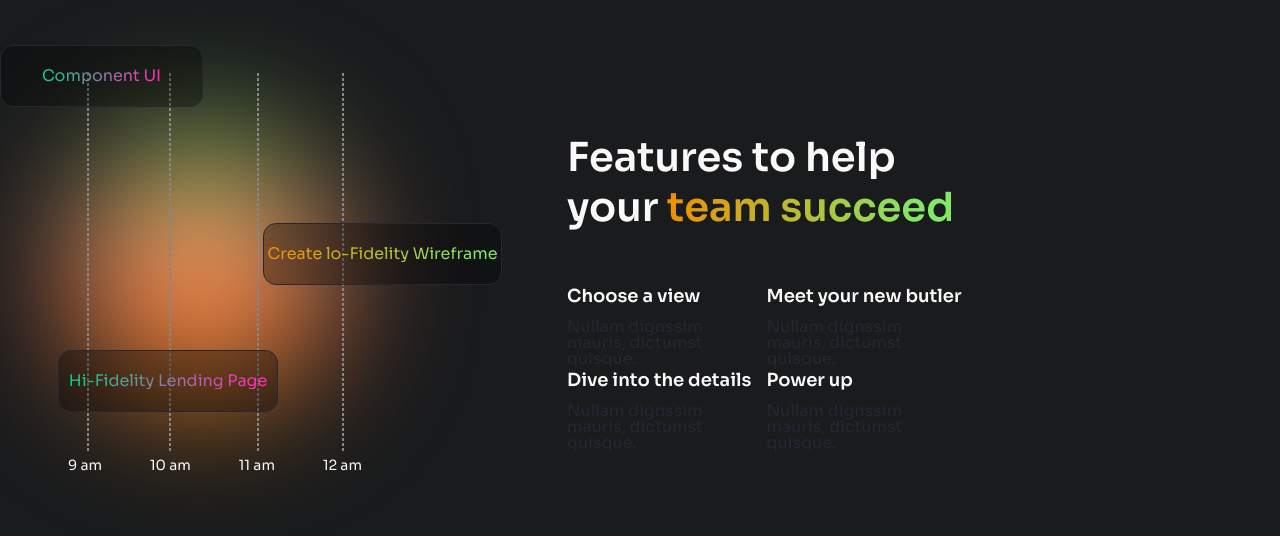
Repository: anhthiethumg/Task_Managerment_Website
Page: index.html
These files come from the project's save history. The page is drawn as it stood at one moment and after the next save; the edit follows.
The browser window is 1280 px wide. The pictures show the part of the page from y = 2400 to 2936 px (the page is 2936 px tall).
A picture or video elsewhere on the page could not be fetched, so the positions and the page height are approximate.

Above is the page before, as saved 2023-07-31 09:09:51.

### index.html
<!DOCTYPE html>
<html lang="en">
  <head>
    <meta charset="UTF-8" />
    <meta name="viewport" content="width=device-width, initial-scale=1.0" />
    <title>Task Managerment Website</title>
    <!-- Reset Css -->
    <link rel="stylesheet" href="./assets/css/reset.css" />

    <!-- CSS -->
    <link rel="stylesheet" href="./assets/css/styles.css" />

    <!-- Embed Font-->

    <link rel="preconnect" href="https://fonts.googleapis.com" />
    <link rel="preconnect" href="https://fonts.gstatic.com" crossorigin />
    <link
      href="https://fonts.googleapis.com/css2?family=Sora:wght@400;600;700;800&display=swap"
      rel="stylesheet"
    />
  </head>
  <body>
    <!-- Header -->
    <section class="header">
      <div class="container">
        <navbar class="row nav">
          <img src="./assets/image/logo.svg" alt="Task." />
          <div class="nav-list">
            <a class="nav-item" href="#!">Home</a>
            <a class="nav-item" href="#!">Products</a>
            <a class="nav-item" href="#!">Guidlines</a>
            <a class="nav-item" href="#!">Guidlines</a>
          </div>
          <button class="btn nav-btn">Sign In</button>
        </navbar>
        <section class="hero">
          <div class="row hero__content">
            <div class="stacked-circles">
              <div class="circles"></div>
              <div class="circles"></div>
              <div class="circles"></div>
              <div class="circles"></div>
            </div>
            <div class="hero--content__heading">
              <h1 class="hero__heading">
                Make <span class="heading__liner">Management</span> Way More
                Easier Than Ever
              </h1>
              <p class="hero__desc section-desc">
                The online collaborative management platform to bring more
                efficiency and performace
              </p>
              <div class="hero-btn row">
                <button type="button" class="btn hero__btn">
                  Request Demo
                </button>
                <button type="button" class="btn hero__btn">Contact Us</button>
              </div>
            </div>
            <div class="stacked-circles">
              <div class="circles"></div>
              <div class="circles"></div>
              <div class="circles"></div>
              <div class="circles"></div>
            </div>
          </div>
          <section class="task-manager row">
            <sidebar class="sidebar">
              <div class="row sidebar__header">
                <img
                  src="./assets/icons/icon-sidebar.svg"
                  alt="icon-sidebar"
                  class="icon__sidebar"
                />
                <img
                  src="./assets/icons/dashboard-icon.svg"
                  alt="dashboard-icon"
                  class="dashboard-icon"
                />
                <h4 class="sidebar__heading">Dashboard</h4>
              </div>
              <div class="sidebar__list">
                <h4 class="sidebar__list--heading">Collections</h4>
                <div class="sidebar__list--item">
                  <h5 class="sidebar__item--content">School</h5>
                </div>
                <div class="sidebar__list--item">
                  <h5 class="sidebar__item--content">Personal</h5>
                </div>
              </div>
            </sidebar>
            <section class="task-manager__section">
              <div class="task__header row">
                <img src="./assets/icons/school.png" alt="Back" class="back" />
                <img
                  src="./assets/icons/contact us icon.png"
                  alt="Contact"
                  class="contact-us"
                />
              </div>
              <div class="task__content row">
                <div class="list--work">
                  <div class="list-sort">Sort</div>
                  <div class="work--item">Finish the Easay collaboration</div>
                  <div class="work--item">Do the math for next monday</div>
                  <div class="work--item">
                    Read the next chapter of the book
                  </div>
                  <div class="work--item">
                    Send the collabaration files to jerusha
                  </div>
                  <div class="work--item">
                    Finish the powerpoint presentation
                  </div>
                  <div class="work--item">Add task</div>
                </div>
                <div class="daily-task">
                  <div class="dailytask__heading">Daily task.</div>
                  <img
                    class="dailytask__img"
                    src="./assets/image/Rectangle 50.png"
                    alt="Daily task"
                  />
                </div>
              </div>
              <div class="card">
                <div class="card__heading">Collections</div>
                <div class="card__list">
                  <div class="card__item">
                    <div class="card__item--icon"></div>
                    <div class="card__item--content">
                      <h4 class="card__item--title">School</h4>
                      <p class="card__item--desc">4 task plus tomorrow.</p>
                    </div>
                  </div>
                  <div class="card__item">
                    <div class="card__item--icon"></div>
                    <div class="card__item--content">
                      <h4 class="card__item--title">Personal</h4>
                      <p class="card__item--desc">1 task plus today.</p>
                    </div>
                  </div>
                  <div class="card__item">
                    <div class="card__item--icon"></div>
                    <div class="card__item--content">
                      <h4 class="card__item--title">Design</h4>
                      <p class="card__item--desc">3 task plus rewt week.</p>
                    </div>
                  </div>
                </div>
              </div>
            </section>
          </section>
        </section>
      </div>
    </section>

    <!-- Main -->
    <main class="main">
      <div class="container">
        <!-- Services -->
        <section class="services">
          <div class="services__icon--list">
            <div class="services__icon--bg">
              <img
                src="./assets/icons/report.png"
                alt="Report"
                class="services__icon"
              />
            </div>
            <img src="./assets/icons/dash line-1.svg" alt="dash-line" />
            <div class="services__icon--bg">
              <img
                src="./assets/icons/server.png"
                alt="Server"
                class="services__icon"
              />
            </div>

            <img src="./assets/icons/dash line-1.svg" alt="dash-line" />
            <div class="services__icon--bg">
              <img
                src="./assets/icons/support.png"
                alt="Support"
                class="services__icon"
              />
            </div>
          </div>
          <div class="services__list row">
            <div class="services__items">
              <h3 class="services__heading">Structured Reports</h3>
              <p class="services__desc">
                Sed rhoncus sit sed tellus donec lorem lectus nunc, ornare
              </p>
            </div>
            <div class="services__items">
              <h3 class="services__heading">Cloud System</h3>
              <p class="services__desc">
                Sed rhoncus sit sed tellus donec lorem lectus nunc, ornare
              </p>
            </div>
            <div class="services__items">
              <h3 class="services__heading">24/7 Support</h3>
              <p class="services__desc">
                Sed rhoncus sit sed tellus donec lorem lectus nunc, ornare
              </p>
            </div>
          </div>
        </section>

        <!-- Static -->

        <section class="static row">
          <section class="static__content">
            <h2 class="static__heading section__heading">
              Okay, <span class="heading__liner">Let’s</span> see D’task in
              numbers
            </h2>
            <p class="static__desc section__desc">
              Powering a productive team means using a powerful tool (and plenty
              of snacks). From meetings and projects to events and goal setting,
              D'taak intuitive features give any team the ability to quickly set
              up and customize workflows for just about anything
            </p>
            <div class="static__dot row">
              <div class="dot"></div>
              <div class="dot"></div>
              <div class="dot"></div>
            </div>
            <div class="static__list row">
              <div class="static__item">
                <div class="static--item__number">12M</div>
                <div class="static--item__title">Support</div>
              </div>
              <div class="static__item">
                <div class="static--item__number">16</div>
                <div class="static--item__title">Active User</div>
              </div>
              <div class="static__item">
                <div class="static--item__number">7/24</div>
                <div class="static--item__title">Languages</div>
              </div>
            </div>
          </section>
          <div class="static__media">
            <img
              class="static--media__bg"
              src="./assets/image/static_background.svg"
              alt="background"
            />
            <div class="dash-shape"></div>
            <div class="dash-shape"></div>
            <div class="dash-shape"></div>
            <div class="dash-shape"></div>
            <!-- <div class="static--media__item row">
              <h3 class="static--media__title ">
                <span class="heading__liner">Online Support</span>
              </h3>
              <img class="static--media__icons" src = "./assets/icons/video-button.svg"/>
            </div>
            <div class="static--media__item row">
              <h3 class="static--media__title ">
                <span class="heading__liner">Exercitation</span>
              </h3>
              <img class="static--media__icons" src = "./assets/icons/Exercitation-icon.svg"/>
            </div>
            <div class="static--media__item row">
              <h3 class="static--media__title ">
                <span class="heading__liner">D’ task</span>
              </h3>
              <img class="static--media__icons" src = "./assets/icons/video-button.svg"/>
            </div>
            <div class="static--media__item row">
              <h3 class="static--media__title ">
                <span class="heading__liner">Design</span>
              </h3>
              <img class="static--media__icons" src = "./assets/icons/video-button.svg"/>
            </div> -->
          </div>
        </section>
      </div>
      <!-- Features -->
      <section class="features">
        <div class="container row">
          <div class="feature__meida">
            <div class="shape--blur"></div>
            <div class="block--line">
              <div class="dash--line">
                <div class="line"></div>
                <div class="dash-line__content">9 am</div>
              </div>
              <div class="dash--line">
                <div class="line"></div>
                <div class="dash-line__content">10 am</div>
              </div>
              <div class="dash--line">
                <div class="line"></div>
                <div class="dash-line__content">11 am</div>
              </div>
              <div class="dash--line">
                <div class="line"></div>
                <div class="dash-line__content">12 am</div>
              </div>
            </div>
            <div class="feature--btn">
              <div class="feature__btn btn">
                <span class="heading__liner"> Component UI </span>
              </div>
              <div class="feature__btn btn">
                <span class="heading__liner">
                  Create lo-Fidelity Wireframe
                </span>
              </div>
              <div class="feature__btn btn">
                <span class="heading__liner"> Hi-Fidelity Lending Page </span>
              </div>
            </div>
          </div>
          <div class="feature__content">
            <h2 class="section__heading feature__heading">
              Features to help your
              <span class="heading__liner"> team succeed </span>
            </h2>
            <div class="feature__list">
              <div class="feature__item">
                <h3 class="feature--item__title">Choose a view</h3>
                <p class="feature__desc">
                  Nullam dignssim mauris, dictumst quisque.
                </p>
              </div>
              <div class="feature__item">
                <h3 class="feature--item__title">Meet your new butler</h3>
                <p class="feature__desc">
                  Nullam dignssim mauris, dictumst quisque.
                </p>
              </div>
              <div class="feature__item">
                <h3 class="feature--item__title">Dive into the details</h3>
                <p class="feature__desc">
                  Nullam dignssim mauris, dictumst quisque.
                </p>
              </div>
              <div class="feature__item">
                <h3 class="feature--item__title">Power up</h3>
                <p class="feature__desc">
                  Nullam dignssim mauris, dictumst quisque.
                </p>
              </div>
            </div>
          </div>
        </div>
      </section>
    </main>
  </body>
</html>

### assets/css/styles.css
* {
  box-sizing: border-box;
}

html {
  font-size: 62.5%;
}

:root {
  color: var(--text-color-gray-2, #282c30);
  color: var(--text-color-white, #f9f9f9);
  color: var(
    --primary-color-leniar-color,
    linear-gradient(90deg, #eb9204 1.67%, #83e868 89.99%)
  );
  color: var(--primary-color-background, #131517);
  color: var(--text-color-dark-blue, #272633);
}

body {
  font-size: 1.6rem;
  font-family: "Sora", sans-serif;
  background: var(--primary-color-background, #131517);
}

/* Common */

a {
  text-decoration: none;
}

.container {
  width: 1144px;
  margin: 0 auto;
}

.row {
  display: flex;
}

.btn {
  width: 110px;
  height: 40px;
  border-radius: 8px;
  border: 1px solid var(--text-color-dark-blue, #272633);
  background: #131517;
  text-align: center;
}

.section__desc {
  color: var(--text-color-gray-1, #858b93);
  text-align: center;
  font-size: 1.6rem;
  font-weight: 400;
  line-height: 1.625;
}

.section__heading {
  color: var(--text-color-white, #f9f9f9);
  font-size: 4rem;
  font-weight: 600;
}
/* Header */

.header {
  margin-top: 40px;
  margin-bottom: 140px;
  padding-top: 10px;
}

/* Navbar */

.nav {
  justify-content: space-between;
  align-items: center;
  height: 40px;
  margin-bottom: 157px;
}

.nav-item {
  margin-right: 36px;
  color: var(--text-color-gray-1, #858b93);
  font-size: 1.6rem;
  font-weight: 400;
  line-height: 1.5;
}

.nav-item:hover {
  color: var(--text-color-white, #f9f9f9);
  text-decoration: underline;
}

.nav-btn {
  background: var(
    --primary-color-leniar-color,
    linear-gradient(90deg, #eb9204 1.67%, #83e868 89.99%)
  );
  background-clip: text;
  -webkit-background-clip: text;
  -webkit-text-fill-color: transparent;
  font-size: 1.6rem;
  font-weight: 400;
  line-height: 1.5;
}

/* hero-content */
.hero__content {
  padding: 0 25px;
  justify-content: space-between;
}
.hero__heading {
  margin: 0 auto 34px;
  width: 783px;
  color: var(--text-color-white, #f9f9f9);
  text-align: center;
  font-size: 6rem;
  font-weight: 700;
  line-height: 1.17;
}

.heading__liner {
  background: var(
    --primary-color-leniar-color,
    linear-gradient(90deg, #eb9204 1.67%, #83e868 89.99%)
  );
  background-clip: text;
  -webkit-background-clip: text;
  -webkit-text-fill-color: transparent;
}

.hero__desc {
  width: 447px;
  margin: 0 auto 44px;
}

.hero-btn {
  justify-content: center;
  gap: 30px;
}

.hero__btn {
  margin-bottom: 111px;
  width: 199px;
  height: 54px;
  color: var(--text-color-white, #f9f9f9);
  font-size: 1.6rem;
  font-weight: 400;
  line-height: 1.625;
}

.hero__btn:hover {
  background: var(
    --primary-color-leniar-color,
    linear-gradient(90deg, #eb9204 1.67%, #83e868 89.99%)
  );
}

/* hero circle */

.stacked-circles {
  display: flex;
  flex-direction: column;
  align-items: center;
  margin-top: -75px;
}

.circles {
  fill: linear-gradient(180deg, #111118 4.96%, rgba(43, 43, 61, 0) 100%);
  box-shadow: 0px 39px 31px 0px #313141 inset;
  border-radius: 50%;
}
.circles:first-child {
  width: 121px;
  height: 121px;
  margin-bottom: 41px;
}

.circles:nth-child(2) {
  width: 39px;
  height: 39px;
  margin-bottom: 36px;
}

.circles:nth-child(3) {
  width: 25px;
  height: 25px;
  margin-bottom: 39px;
}

.circles:last-child {
  width: 14px;
  height: 14px;
  flex-shrink: 0;
}

/* task manager */

.task-manager {
  width: 848px;
  height: 366px;
  border-radius: 8px 8px 0px 0px;
  background: #1f2326;
  margin-left: 180px;
}

.sidebar {
  padding: 18px 0 0 16px;
}

.sidebar__header {
  width: 192px;
  height: 39px;
  align-items: center;
}

.icon__sidebar {
  width: 9px;
  height: 9px;
  margin-right: 25px;
}

.dashboard-icon {
  width: 13px;
  height: 11px;
  margin-right: 17px;
}

.sidebar__heading {
  color: #98989c;
  font-size: 1.4rem;
  font-weight: 600;
}

.sidebar__list--heading {
  margin: 15px 0 15px;
  color: var(--text-color-white, #f9f9f9);
  font-size: 1.4rem;
  font-weight: 600;
}

.sidebar__list--item {
  width: 192px;
  height: 39px;
  display: flex;
  align-items: center;
}

.sidebar__list--item:hover {
  background: #2b2d2f;
}
.sidebar__item--content {
  color: var(--text-color-gray-1, #858b93);
  font-size: 1.2rem;
  font-weight: 600;
  opacity: 0.6000000238418579;
  display: flex;
  align-items: center;
}

.sidebar__item--content::before {
  display: inline-block;
  content: " ";
  width: 17px;
  height: 17px;
  border-radius: 5px;
  background: #ae8ff9;
  margin-right: 10px;
}

.task-manager__section {
  position: relative;
  margin-top: 28px;
  margin-right: 15px;
  background: #0d1012;
  width: 100%;
  padding: 30px;
}

.task__header {
  margin-left: 140px;
  justify-content: space-between;
}

.list--work {
  width: 362px;
  margin-right: 52px;
}

.list-sort {
  color: #838386;
  font-size: 1.2rem;
  font-weight: 400;
  text-align: right;
  height: 30px;
}

.list-sort::before {
  display: inline-block;
  content: " ";
  width: 10px;
  height: 5px;
  border-radius: 5px;
  margin-right: 10px;
  background-image: url(../icons/sort.svg);
  margin-left: 10px;
}
.work--item {
  display: flex;
  align-items: center;
  margin-bottom: 10px;
  width: 100%;
  height: 30px;
  border-radius: 10px;
  background: #14181b;
  color: #9ea1a7;
  font-size: 1rem;
  font-weight: 300;
}

.work--item:before {
  display: inline-block;
  content: " ";
  width: 14px;
  height: 14px;
  border-radius: 5px;
  margin-right: 10px;
  background-image: url(../icons/check.svg);
  margin-left: 10px;
}

.work--item:last-child:before {
  background-image: url(../icons/add.svg);
}

.dailytask__heading {
  color: var(--text-color-white, #f9f9f9);
  font-size: 1.4rem;
  font-weight: 400;
  margin-bottom: 20px;
}

.dailytask__img {
  width: 167px;
  height: 218px;
  flex-shrink: 0;
  border-radius: 17px;
  background: rgba(13, 16, 18, 0.24);
}

.card {
  position: absolute;
  width: 216px;
  height: 335px;
  border-radius: 15px 15px 22px 22px;
  background: #0d1012;
  padding: 26px 15px;
  left: -295px;
  top: 150px;
}

.card__heading {
  color: #f9f9f9;
  font-size: 1.4rem;
  font-weight: 600;
  margin-left: 10px;
  margin-bottom: 21px;
}

.card__item {
  display: flex;
  align-items: center;
  width: 188px;
  height: 78px;
  border-radius: 13px;
  background: #14181b;
  margin-bottom: 8px;
}
.card__item--icon {
  width: 33px;
  height: 33px;
  border-radius: 12px;
  margin: 12px;
}

.card__item:first-child .card__item--icon {
  background: var(--primary-color-dark-orange, #ff7667);
}

.card__item:nth-child(2) .card__item--icon {
  background: var(--primary-color-blue, #ae8ff9);
}

.card__item:last-child .card__item--icon {
  background: var(--primary-color-green, #0cce84);
}

.card__item--title {
  color: #fff;
  font-size: 1.4rem;
  font-weight: 600;
  margin-bottom: 3px;
}

.card__item--desc {
  color: var(--text-color-gray-1, #858b93);
  font-size: 1rem;
  font-weight: 400;
}

/* services */

.services {
  padding: 41px 50px 53px 50px;
  margin-top: 286px;
  margin-bottom: 140px;
  width: 1096px;
  height: 331px;
  border-radius: 27px;
  background: var(--text-color-gray-2, #282c30);
}

.services__icon--list {
  display: flex;
  align-items: center;
  justify-content: space-around;
  margin: 30px 50px;
}

.services__icon--bg {
  background: var(--primary-color-green, #0cce84);
  width: 62px;
  height: 62px;
  border-radius: 50%;
  display: flex;
  align-items: center;
  justify-content: center;
}

.services__icon--bg:nth-child(2) {
  background: var(--primary-color-dark-yellow, #ef8f00);
}

.services__icon--bg:last-child {
  background: var(--primary-color-blue, #ae8ff9);
}
.services__icon {
  width: 32px;
  height: 32px;
}

.services__list {
  justify-content: space-between;
}

.services__items {
  width: 238px;
  text-align: center;
}

.services__heading {
  color: var(--text-color-white, #f9f9f9);
  font-size: 2.2rem;
  font-weight: 600;
  line-height: 1.45;
}

.services__desc {
  color: #858b93;
  font-size: 1.6rem;
  font-weight: 400;
  line-height: 1.625;
}

/* Static */
.static__content {
  width: 537px;
  margin-bottom: 140px;
}
.static__heading {
  width: 368px;
  margin-bottom: 22px;
}

.static__desc {
  width: 537px;
  height: 106px;
  text-align: left;
  margin-bottom: 86px;
}

.static__dot {
  gap: 6px;
  justify-content: center;
  margin-bottom: 28px;
  margin-left: -105px;
}
.dot {
  width: 6px;
  height: 6px;
  border-radius: 50%;
  background: #838386;
}

.dot:nth-child(2) {
  background: #ef8f00;
}

.static__list {
  gap: 17px;
}
.static__item {
  text-align: center;
  padding-top: 21px;
  width: 132px;
  height: 127px;
  border-radius: 9px;
  background: var(--text-color-dark-blue, #272633);
}

.static__item:nth-child(odd) {
  margin-top: -30px;
}

.static__item:nth-child(2) {
  background: linear-gradient(
    191deg,
    #c4f566 7.35%,
    #ae8ef9 28.41%,
    #ef8f00 60.81%,
    #61e559 100%
  );
}

.static__item:nth-child(2) .static--item__title {
  color: var(--text-color-white, #f9f9f9);
}
.static--item__number {
  color: var(--text-color-white, #f9f9f9);
  font-size: 3rem;
  font-weight: 600;
  margin-bottom: 16px;
}

.static--item__title {
  color: var(--text-color-gray-1, #858b93);
  font-size: 1.6rem;
  font-weight: 400;
  line-height: 1.625;
}

.static__media {
  position: relative;
}

.static--media__bg {
  position: absolute;
}
.dash-shape {
  position: absolute;
  width: 455px;
  height: 455px;
  border-radius: 455px;
  border: 2px dashed #2f2f2f;
  top: 50px;
  left: 50px;
}

.dash-shape:nth-child(2) {
  width: 336px;
  height: 336px;
  top: 110px;
  left: 110px;
}

.dash-shape:nth-child(3) {
  width: 209px;
  height: 209px;
  background: #6aea5c;
  opacity: 0.5;
  border: 2px solid #6aea5c;
  top: 170px;
  left: 170px;
}

.dash-shape:nth-child(4) {
  width: 137px;
  height: 137px;
  background: #6aea5c;
  border: 2px solid #6aea5c;
  top: 205px;
  left: 205px;
}
/*
.static--media__item {
  position: absolute;
  justify-content: space-between;
  align-items: center;
  width: 225px;
  height: 61px;
  border-radius: 5px;
  background: #27292c;
  padding: 20px;

}

.static--media__item:nth-child(1) {
  top: 50px;
  left: 150px;
}
.static--media__item:nth-child(2) {
  top: 450px;
  left: 150px;
}
.static--media__item:nth-child(3) {
  top: 150px;
  left: 10px;
}
.static--media__item:nth-child(4) {
  top: 150px;
  left: 150px;
} */

/* Feature */
.features {
  background: #191b1d;
  padding: 153px 0 85px 0;
}

.feature__meida {
  position: relative;
  margin-right: 232px;
}
.shape--blur {
  width: 267px;
  height: 267px;
  border-radius: 267px;
  background: linear-gradient(180deg, #6aea5c 0%, #fd7566 48.53%, #ef8f00 100%);
  filter: blur(66px);
}

.block--line {
  position: absolute;
  top: -60px;
  width: 294px;
  height: 378px;
  display: flex;
  justify-content: space-between;
}

.line {
  height: 100%;
  width: 1px;
  border: 1px dashed #888787;
  align-items: center;
  margin-left: 19px;
  margin-bottom: 7px;
}

.dash-line__content {
  color: #f9f9f9;
  font-size: 1.4rem;
  font-weight: 400;
}

.feature--btn {
  position: relative;
}

.feature__btn {
  position: absolute;
  border-radius: 13px;
  height: 62px;
  background: rgba(0, 0, 0, 0.32);
  display: flex;
  justify-content: center;
  align-items: center;
}

.feature__btn:nth-child(1) {
  top: -355px;
  left: -68px;
  width: 203px;
}

.feature__btn:nth-child(2) {
  width: 239px;
  top: -177px;
  left: 195px;
}
.feature__btn:nth-child(3) {
  width: 220px;
  top: -50px;
  left: -10px;
}

.feature__btn:nth-child(1) .heading__liner,
.feature__btn:nth-child(3) .heading__liner {
  background: linear-gradient(90deg, #0cce84 0%, #ff2eb8 94.43%);
  background-clip: text;
  -webkit-background-clip: text;
  -webkit-text-fill-color: transparent;
}

.feature__heading {
  width: 399px;
  line-height: 1.25;
}

.feature__heading {
  margin-bottom: 50px;
}

.feature__list {
  display: grid;
  grid-template-columns: 1fr 1fr;
}

.feature--item__title {
  color: var(--text-color-white, #f9f9f9);
  font-size: 1.8rem;
  font-weight: 600;
  line-height: 1.55;
  margin-bottom: 8px;
}

.feature__desc {
  width: 176px;

}

Loaded but not shown: assets/css/reset.css (common file)

After the next save:
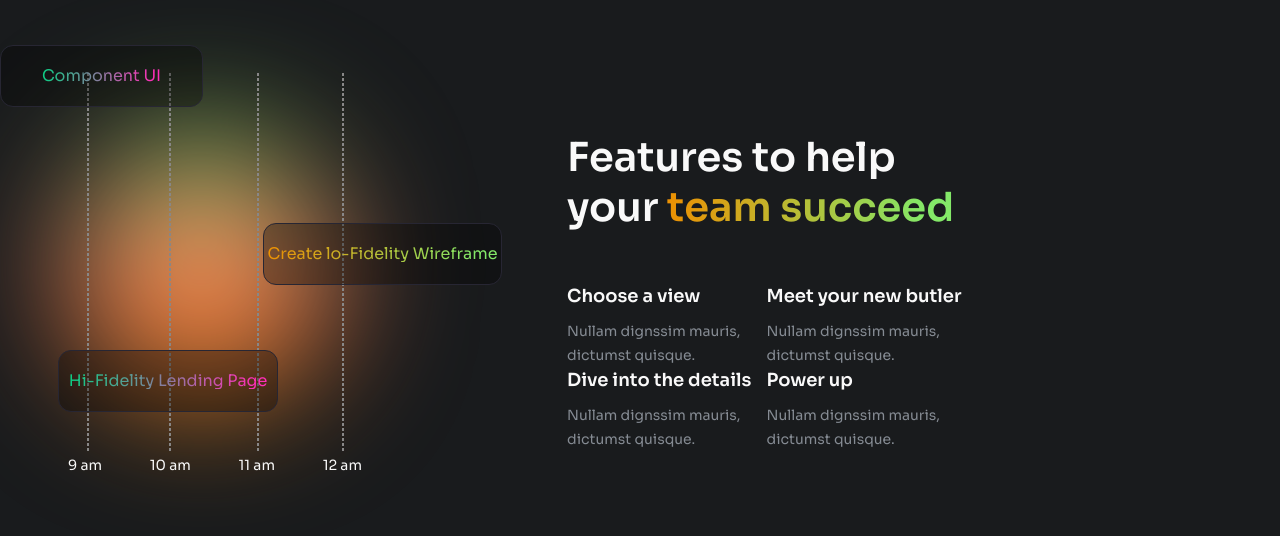
Saved 7 s later.
--- a/assets/css/styles.css
+++ b/assets/css/styles.css
@@ -725,5 +725,12 @@ a {
 
 .feature__desc {
   width: 176px;
-
-}
+  color: var(--text-color-gray-1, #858B93);
+
+/* Paragraph/14px */
+font-family: Sora;
+font-size: 14px;
+font-style: normal;
+font-weight: 400;
+line-height: 24px; /* 171.429% */
+}
